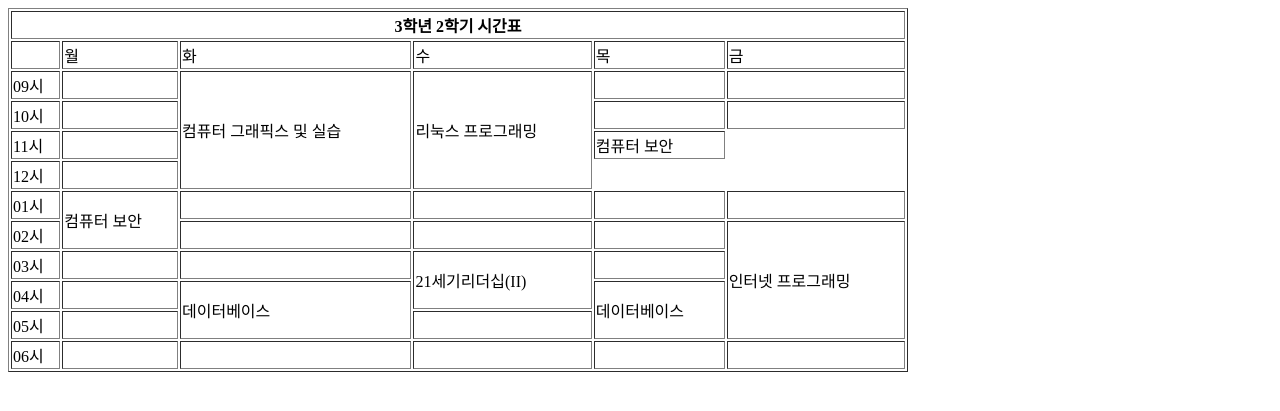
Repository: Cha-Ji/InternetProgramming
Page: week01/WebContent/hw04.html
An editor plug-in stored every save of this project. The page is shown before and after the next save, followed by the edit.
The browser window is 1280 px wide. The pictures show the whole page.

Above is the page before, as saved 2020-09-06 13:22:17.

After the next save:
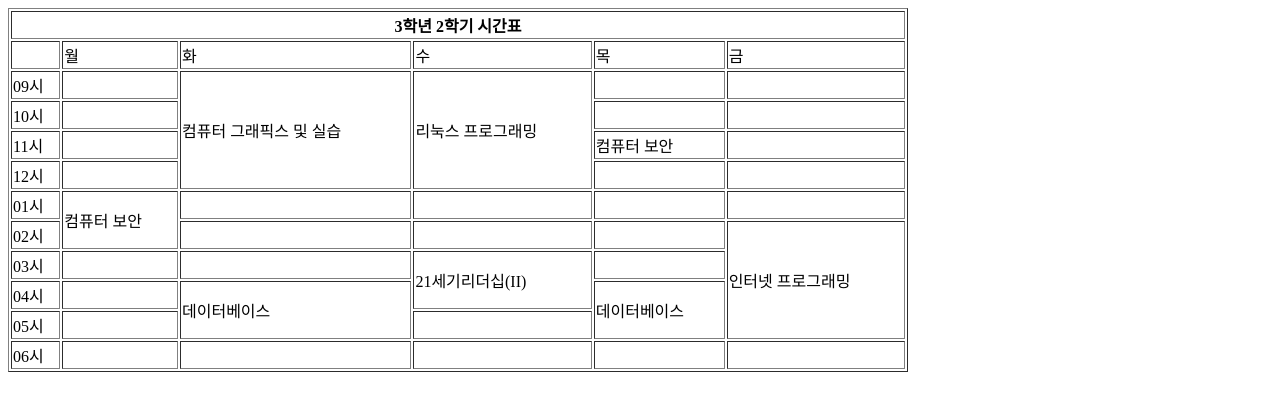
Saved 34 s later.
--- a/week01/WebContent/hw04.html
+++ b/week01/WebContent/hw04.html
@@ -29,9 +29,12 @@
 	    <td>11시</td>
 	    <td></td>
 	    <td>컴퓨터 보안</td>
+	    <td></td>
 	</tr>
 		<tr>
 	    <td>12시</td>
+	    <td></td>
+	    <td></td>
 	    <td></td>
 	</tr>
 	<tr>
